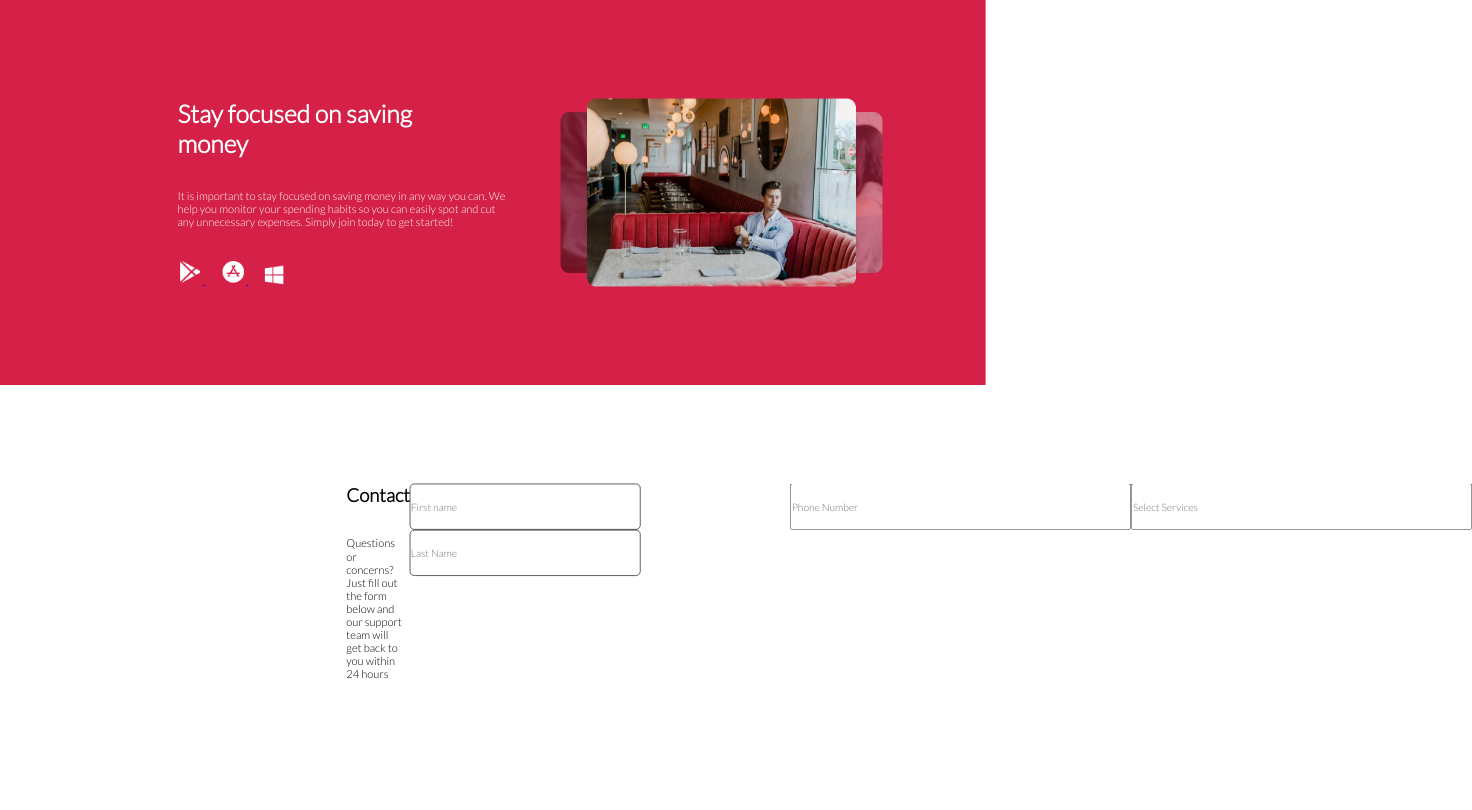
Repository: batonAnton/Cursor_lecture4
Page: index.html
The author's editor kept a copy of each file at every save. The page is drawn from the files as they stood at one save, then again after the next save.
The browser window is 1280 px wide. The page is 1912 px wide, then 1280 px, so the pictures cover 1912 px, including what lies to the right of the window. The pictures show the whole page, at 77% of full size.

Above is the page before, as saved 2022-06-09 14:06:34.

After the next save:
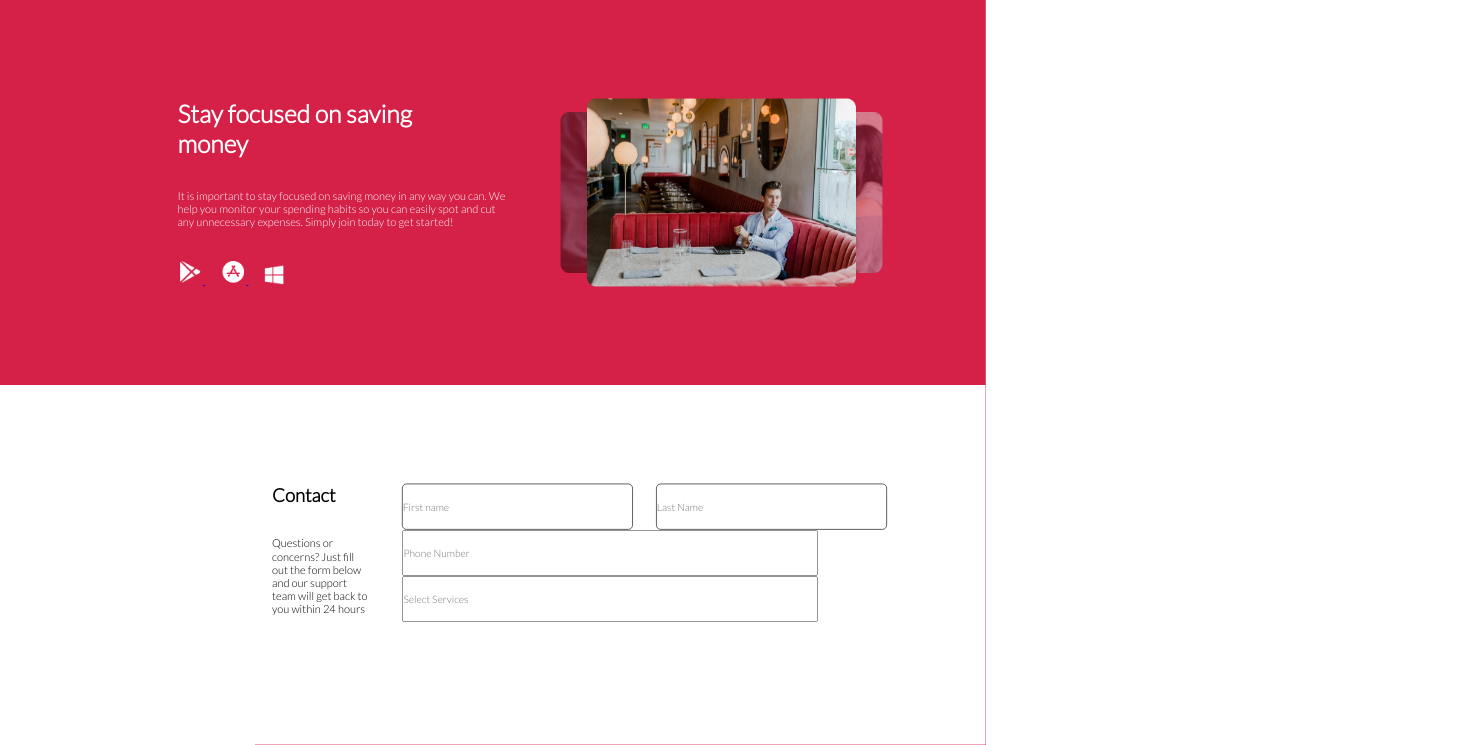
Saved 87 s later.
--- a/css/style.css
+++ b/css/style.css
@@ -51,7 +51,7 @@ section .info-box {
   width: 80%;
 }
 form{
-  display: inline-flex;
+  /* display: inline-flex; */
 }
 
 #fname, #lname{
@@ -70,6 +70,10 @@ form{
   height: 60px;
 }
 
-form .one_row{
-  display: block;
+form div {
+  display:inline-flex;
 }
+form input{
+  margin-left: 30px;
+
+}
